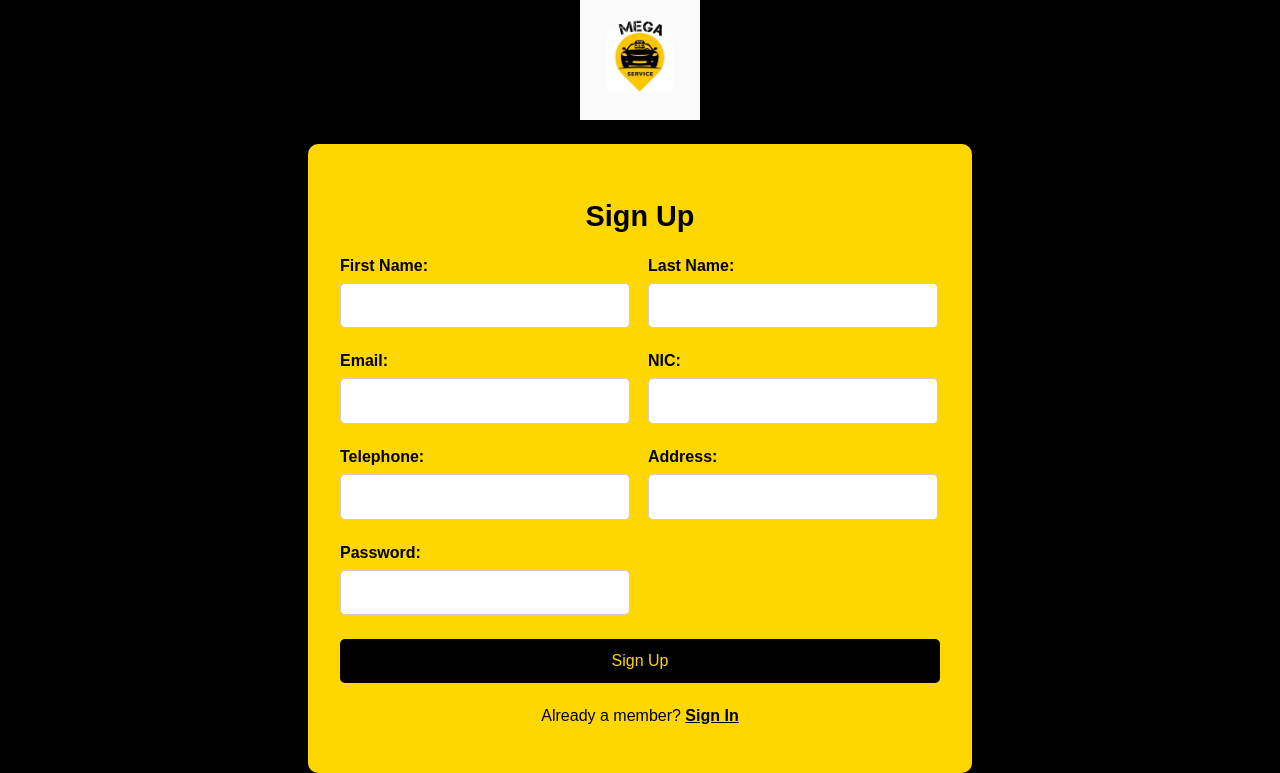
Repository: Maheesha122/MegaCityCab
Page: http://localhost/MegaCityCabs/authentication/signUp.jsp
An editor plug-in stored every save of this project. The page is shown before and after the next save, followed by the edit.
The browser window is 1280 px wide. The pictures show the whole page.
The page is served by Tomcat 10. Other server files are loaded and not shown.

Above is the page before, as saved 2025-03-13 10:11:53.

### MegaCityCab/MegaCityCabs/src/main/webapp/authentication/signUp.jsp
<!DOCTYPE html>
<html lang="en">
<head>
    <meta charset="UTF-8">
    <meta name="viewport" content="width=device-width, initial-scale=1.0">
    <title>Sign Up - Mega City Cab</title>
    <script src="https://cdn.jsdelivr.net/npm/sweetalert2@11"></script>
    <style>
        /* General Styles */
        body {
            font-family: Arial, sans-serif;
            background-color: #000000; /* Black background */
            margin: 0;
            padding: 0;
            display: flex;
            flex-direction: column;
            justify-content: center;
            align-items: center;
            min-height: 100vh;
        }
        .navbar a.logo img {
        height: 80px; /* Larger logo */
        vertical-align: middle;
    }

        /* Logo Styles */
        .logo {
            text-align: center;
            margin-bottom: 20px;
        }

        .logo img {
            height: 120px; /* Adjust logo size */
            width: auto;
        }

        /* Signup Container Styles */
        .signup-container {
            background-color: #FFD700; /* Yellow background */
            padding: 2rem;
            border-radius: 10px;
            box-shadow: 0 4px 10px rgba(0, 0, 0, 0.1);
            width: 100%;
            max-width: 600px; /* Increased width for better spacing */
            text-align: center;
        }

        .signup-container h2 {
            margin-bottom: 1.5rem;
            color: #000000; /* Black text */
            font-size: 1.8rem;
        }

        /* Form Styles */
        .form-row {
            display: flex;
            gap: 1rem; /* Spacing between columns */
            margin-bottom: 1.5rem; /* Spacing between rows */
        }

        .form-group {
            flex: 1; /* Each group takes equal space */
            text-align: left;
        }

        label {
            display: block;
            margin-bottom: 0.5rem;
            color: #000000; /* Black text */
            font-weight: bold;
        }

        input[type="text"],
        input[type="email"],
        input[type="tel"],
        input[type="password"] {
            width: 90%; /* Smaller input fields */
            padding: 0.8rem;
            border: 1px solid #ccc;
            border-radius: 5px;
            font-size: 1rem;
            transition: border-color 0.3s ease;
        }

        input:focus {
            border-color: #000000; /* Black border on focus */
            outline: none;
        }

        button[type="submit"] {
            width: 100%;
            padding: 0.8rem;
            background-color: #000000; /* Black background */
            color: #FFD700; /* Yellow text */
            border: none;
            border-radius: 5px;
            font-size: 1rem;
            cursor: pointer;
            transition: background-color 0.3s ease;
        }

        button:hover {
            background-color: #333333; /* Darker black on hover */
        }

        /* Signin Text Styles */
        .signin-text {
            margin-top: 1.5rem;
            color: #000000; /* Black text */
        }

        .signin-text a {
            color: #000000; /* Black text */
            text-decoration: underline; /* Underline for links */
            font-weight: bold;
        }

        .signin-text a:hover {
            color: #333333; /* Darker black on hover */
        }
    </style>
</head>
<body>

    <!-- Logo -->
    <div class="logo">
        <img src="images/logo.png" alt="Mega City Cab Logo">
    </div>

    <!-- Signup Container -->
    <div class="signup-container">
        <h2>Sign Up</h2>

        <form id="signupForm">
            <!-- First Row: First Name and Last Name -->
            <div class="form-row">
                <div class="form-group">
                    <label for="firstName">First Name:</label>
                    <input type="text" id="firstName" name="firstName" required>
                </div>
                <div class="form-group">
                    <label for="lastName">Last Name:</label>
                    <input type="text" id="lastName" name="lastName" required>
                </div>
            </div>

            <!-- Second Row: Email and NIC -->
            <div class="form-row">
                <div class="form-group">
                    <label for="email">Email:</label>
                    <input type="email" id="email" name="email" required>
                </div>
                <div class="form-group">
                    <label for="nic">NIC:</label>
                    <input type="text" id="nic" name="nic" required>
                </div>
            </div>

            <!-- Third Row: Telephone and Address -->
            <div class="form-row">
                <div class="form-group">
                    <label for="telephone">Telephone:</label>
                    <input type="tel" id="telephone" name="telephone" required>
                </div>
                <div class="form-group">
                    <label for="address">Address:</label>
                    <input type="text" id="address" name="address" required>
                </div>
            </div>

            <!-- Fourth Row: Password -->
            <div class="form-row">
                <div class="form-group">
                    <label for="password">Password:</label>
                    <input type="password" id="password" name="password" required>
                </div>
                <!-- Empty div to maintain alignment -->
                <div class="form-group"></div>
            </div>

            <!-- Submit Button -->
            <button type="submit">Sign Up</button>
        </form>

        <p class="signin-text">Already a member? <a href="signIn.html">Sign In</a></p>
    </div>

    <script>
        // Simulate registration logic
        document.getElementById("signupForm").addEventListener("submit", function(event) {
            event.preventDefault(); // Prevent the default form submission

            // Get form data
            const firstName = document.getElementById("firstName").value;
            const lastName = document.getElementById("lastName").value;
            const email = document.getElementById("email").value;
            const nic = document.getElementById("nic").value;
            const telephone = document.getElementById("telephone").value;
            const address = document.getElementById("address").value;
            const password = document.getElementById("password").value;

            // Simulate successful registration
            if (email && password) {
                // Store user data (in a real-world application, this should be sent to the backend)
                localStorage.setItem('user', JSON.stringify({
                    firstName,
                    lastName,
                    email,
                    nic,
                    telephone,
                    address,
                    password
                }));

                // Display success message using SweetAlert
                Swal.fire({
                    icon: 'success',
                    title: 'Registration Successful!',
                    text: 'You have been successfully registered.',
                    timer: 2500,
                    showConfirmButton: false
                }).then(() => {
                    // Redirect to the sign-in page after success
                    window.location.href = 'signIn.jsp';
                });
            } else {
                // Display failure message using SweetAlert
                Swal.fire({
                    icon: 'error',
                    title: 'Registration Failed!',
                    text: 'Please ensure all fields are filled out correctly.',
                    confirmButtonColor: '#d33'
                });
            }
        });
    </script>
</body>
</html>

After the next save:
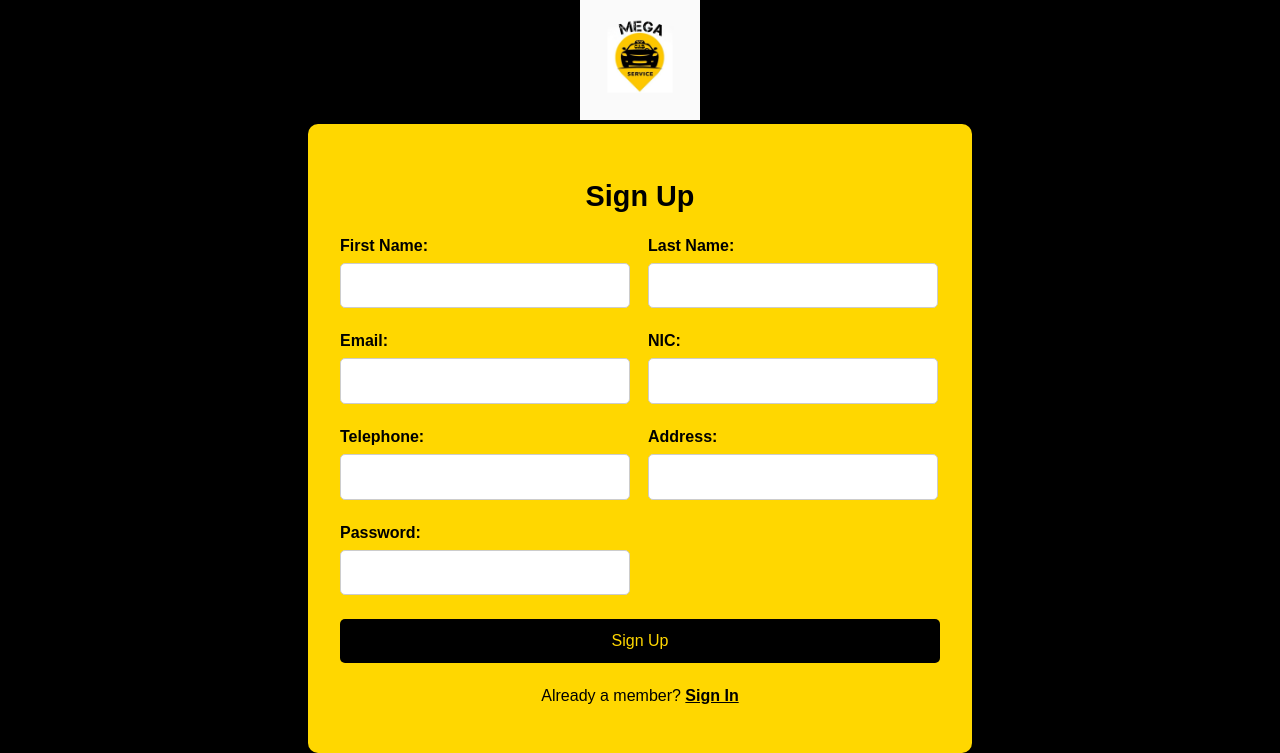
Saved 2 min 19 s later.
--- a/MegaCityCab/MegaCityCabs/src/main/webapp/authentication/signUp.jsp
+++ b/MegaCityCab/MegaCityCabs/src/main/webapp/authentication/signUp.jsp
@@ -18,10 +18,8 @@
             align-items: center;
             min-height: 100vh;
         }
-        .navbar a.logo img {
-        height: 80px; /* Larger logo */
-        vertical-align: middle;
-    }
+  <div class="image-container">
+        <img src="../images/logo.png" alt="logo Image" class="logo-image">
 
         /* Logo Styles */
         .logo {
